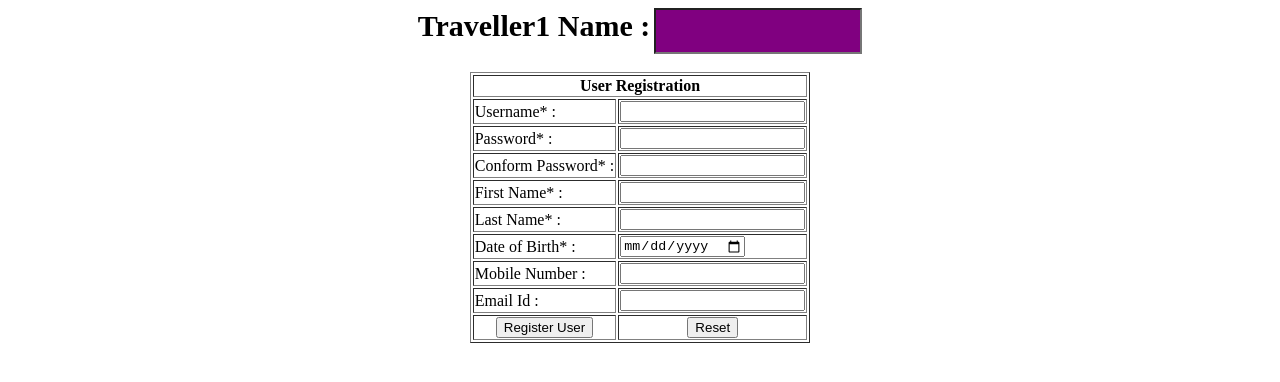
Repository: KanimozhiThandapani/Phase2AirlineBookingProject
Page: http://localhost/AirlineBooking/registrationPage.jsp
An editor plug-in stored every save of this project. The page is shown before and after the next save, followed by the edit.
The browser window is 1280 px wide. The pictures show the whole page.
The page is served by Tomcat 9. Other server files are loaded and not shown.

Above is the page before, as saved 2022-04-26 07:01:51.

### AirlineBooking/WebContent/registrationPage.jsp
<%@ page language="java" contentType="text/html; charset=ISO-8859-1"
	pageEncoding="ISO-8859-1"%>
<!DOCTYPE html PUBLIC "-//W3C//DTD HTML 4.01 Transitional//EN" "http://www.w3.org/TR/html4/loose.dtd">
<html>
<head>
<meta http-equiv="Content-Type" content="text/html; charset=ISO-8859-1">
<title>User Registration</title>
</head>
<body>

	<div align="center">
		<form action="bookedFlights" method="get">

		<label for="Traveller1" style="font-size: 30px"><strong>Traveller1 Name :</strong></label>
        <input type="text" id="dot" name="t1name" style="width:200px;height: 40px; background: purple; color: #FFF;" required><br><br>







			<table align="center" border="1">
				<tr>
					<td colspan="2" align="center"><b>User Registration</b></td>
				</tr>
				<tr>
					<td>Username* :</td>
					<td><input type="text" name="username" required></td>
				</tr>
				<tr>
					<td>Password* :</td>
					<td><input type="password" name="password" required></td>
				</tr>
				<tr>
					<td>Conform Password* :</td>
					<td><input type="password" name="confPassword" required></td>
				</tr>
				<tr>
					<td>First Name* :</td>
					<td><input type="text" name="firstName" required></td>
				</tr>
				<tr>
					<td>Last Name* :</td>
					<td><input type="text" name="lastName" required></td>
				</tr>
				<tr>
					<td>Date of Birth* :</td>
					<td><input type="date" name="dob" required></td>
				</tr>
				<tr>
					<td>Mobile Number :</td>
					<td><input type="number" name="mobileNo"></td>
				</tr>
				<tr>
					<td>Email Id :</td>
					<td><input type="email" name="emailId"></td>
				</tr>
				<tr>
					<td align="center"><input type="submit" value="Register User"></td>
					<td align="center"><input type="reset" name="Reset Form"></td>
				</tr>
			</table>
		</form>
	</div>
</body>
</html>

After the next save:
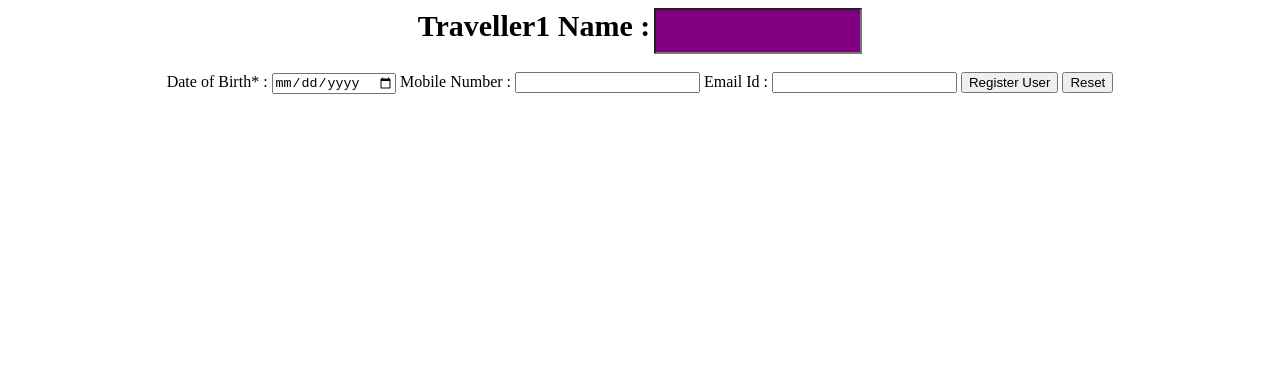
Saved 11 s later.
--- a/AirlineBooking/WebContent/registrationPage.jsp
+++ b/AirlineBooking/WebContent/registrationPage.jsp
@@ -20,30 +20,7 @@
 
 
 
-			<table align="center" border="1">
-				<tr>
-					<td colspan="2" align="center"><b>User Registration</b></td>
-				</tr>
-				<tr>
-					<td>Username* :</td>
-					<td><input type="text" name="username" required></td>
-				</tr>
-				<tr>
-					<td>Password* :</td>
-					<td><input type="password" name="password" required></td>
-				</tr>
-				<tr>
-					<td>Conform Password* :</td>
-					<td><input type="password" name="confPassword" required></td>
-				</tr>
-				<tr>
-					<td>First Name* :</td>
-					<td><input type="text" name="firstName" required></td>
-				</tr>
-				<tr>
-					<td>Last Name* :</td>
-					<td><input type="text" name="lastName" required></td>
-				</tr>
+
 				<tr>
 					<td>Date of Birth* :</td>
 					<td><input type="date" name="dob" required></td>
